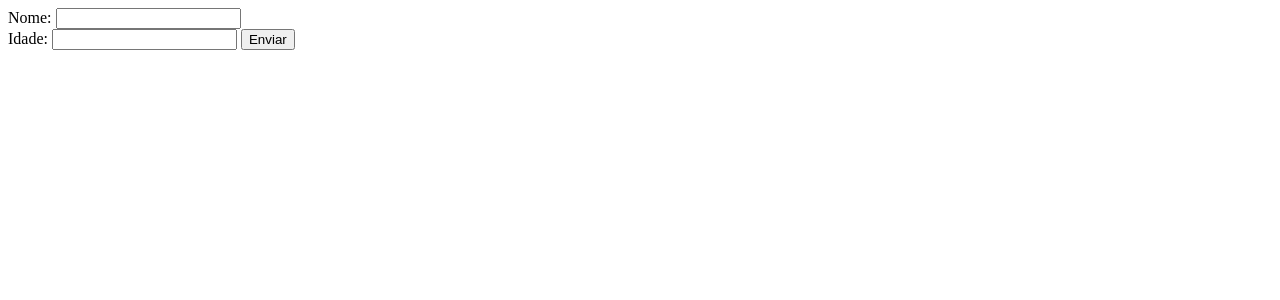
Repository: bVerneck/javaTex
Page: motos/src/main/webapp/form.html
These files come from the project's save history. The page is drawn as it stood at one moment and after the next save; the edit follows.
The browser window is 1280 px wide. The pictures show the whole page.

Above is the page before, as saved 2023-03-08 16:58:56.

After the next save:
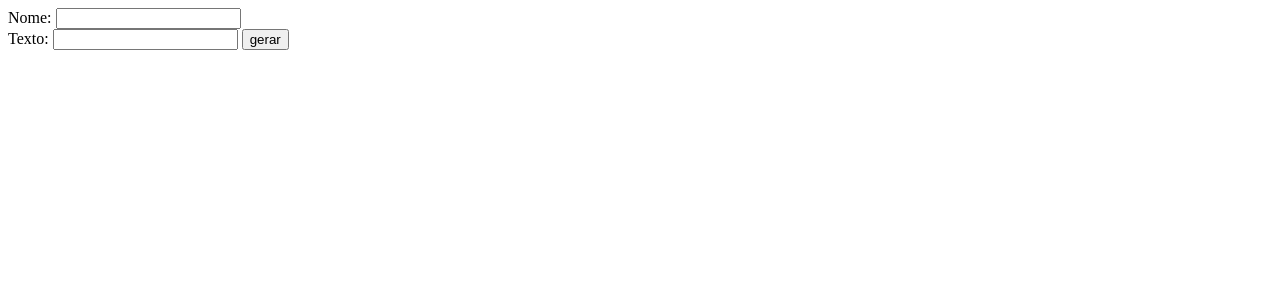
Saved 3 min 52 s later.
--- a/motos/src/main/webapp/form.html
+++ b/motos/src/main/webapp/form.html
@@ -1,10 +1,10 @@
 <html>
     <body>
          <form action="/motos/home"/>
-         Nome: <input type"text">
+         Nome: <input type"text" name="nome">
          <br>
-         Idade: <input type="text"/>
-         <input type="submit" value="Enviar"/>
+         Texto: <input type="text"/>
+         <input type="submit" value="gerar" name="text"/>
          </form>
 
     </body>
